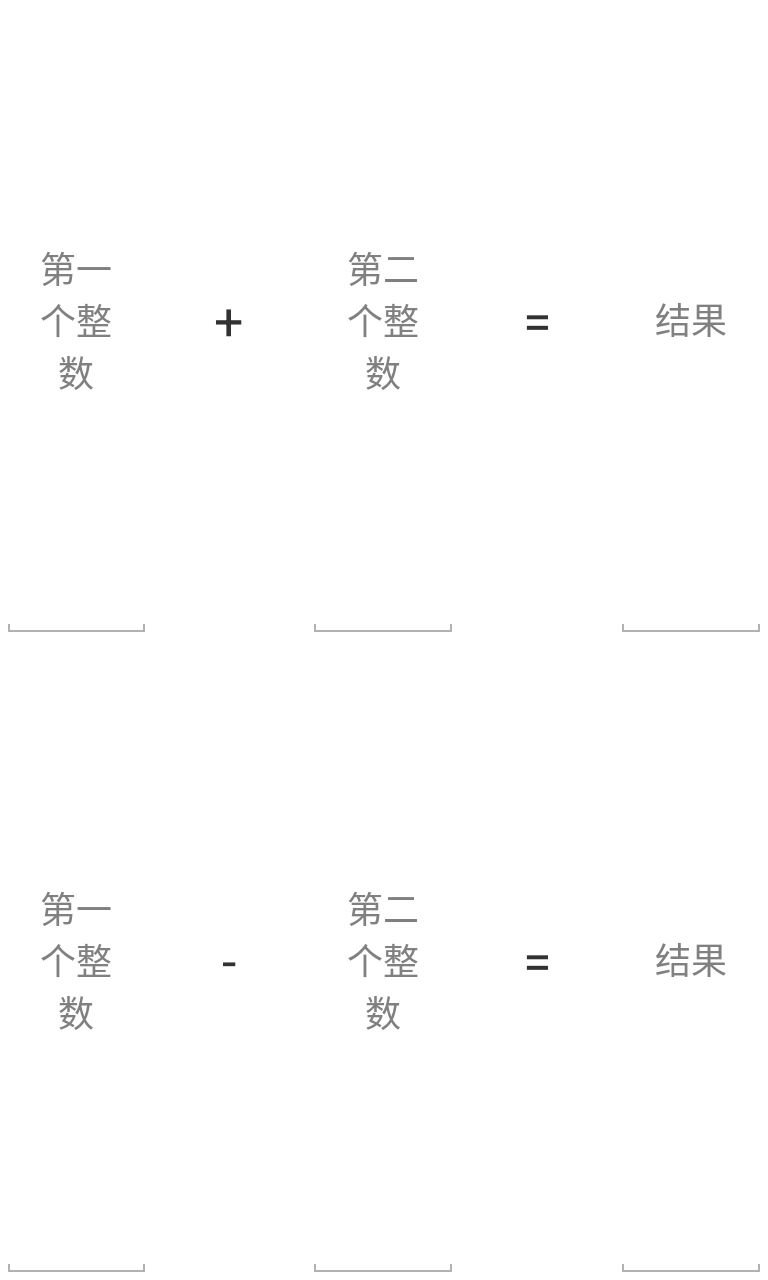
Repository: ouyangshengduo/Android_NDK_First
Layout: Android_NDK_Demo001/res/layout/activity_main.xml
An editor plug-in stored every save of this project. The layout is shown before and after the next save, followed by the edit.
It is drawn on a 768 x 1280 px phone screen (xhdpi) without system bars, with theme AppTheme; the app's code is not run.

Above is the layout before, as saved 2016-06-10 04:18:16.

### Android_NDK_Demo001/res/layout/activity_main.xml
<LinearLayout xmlns:android="http://schemas.android.com/apk/res/android"
    xmlns:tools="http://schemas.android.com/tools"
    android:layout_width="fill_parent"
    android:layout_height="fill_parent"
    android:orientation="vertical">

    <LinearLayout
        android:layout_height="0dp"
        android:layout_width="fill_parent"
        android:layout_weight="1"
        android:orientation="horizontal">

        <EditText
            android:id="@+id/etAdd_A"
            android:layout_width="0dp"
            android:layout_height="fill_parent"
            android:layout_weight="1"
            android:hint="第一个整数"
            android:gravity="center"
            />
        <TextView
            android:layout_height="fill_parent"
            android:layout_width="0dp"
            android:layout_weight="1"
            android:layout_gravity="center"
            android:gravity="center"
            android:text="+"
            android:textSize="26sp"/>

        <EditText
            android:id="@+id/etAdd_B"
            android:layout_width="0dp"
            android:layout_height="fill_parent"
            android:layout_weight="1"
            android:hint="第二个整数"
            android:gravity="center"
            />
        <TextView
            android:layout_height="fill_parent"
            android:layout_width="0dp"
            android:layout_weight="1"
            android:gravity="center"
            android:text="="
            android:textSize="26sp"/>

        <EditText
            android:id="@+id/etAddResult"
            android:layout_width="0dp"
            android:layout_height="fill_parent"
            android:layout_weight="1"
            android:hint="结果"
            android:gravity="center"
            />
    </LinearLayout>

    <LinearLayout
        android:layout_height="0dp"
        android:layout_width="fill_parent"
        android:layout_weight="1"
        android:orientation="horizontal">

        <EditText
            android:id="@+id/etSub_A"
            android:layout_width="0dp"
            android:layout_height="fill_parent"
            android:layout_weight="1"
            android:hint="第一个整数"
            android:gravity="center"
            />
        <TextView
            android:layout_height="fill_parent"
            android:layout_width="0dp"
            android:layout_weight="1"
            android:layout_gravity="center"
            android:gravity="center"
            android:text="-"
            android:textSize="26sp"/>

        <EditText
            android:id="@+id/etSub_B"
            android:layout_width="0dp"
            android:layout_height="fill_parent"
            android:layout_weight="1"
            android:hint="第二个整数"
            android:gravity="center"
            />
        <TextView
            android:layout_height="fill_parent"
            android:layout_width="0dp"
            android:layout_weight="1"
            android:gravity="center"
            android:text="="
            android:textSize="26sp"/>

        <EditText
            android:id="@+id/etSubResult"
            android:layout_width="0dp"
            android:layout_height="fill_parent"
            android:layout_weight="1"
            android:hint="结果"
            android:gravity="center"
            />
    </LinearLayout>

</LinearLayout>

Loaded but not shown: Android_NDK_Demo001/res/values/styles.xml (common file); Android_NDK_Demo001/res/values-v11/styles.xml (common file); Android_NDK_Demo001/res/values-v14/styles.xml (common file)

After the next save:
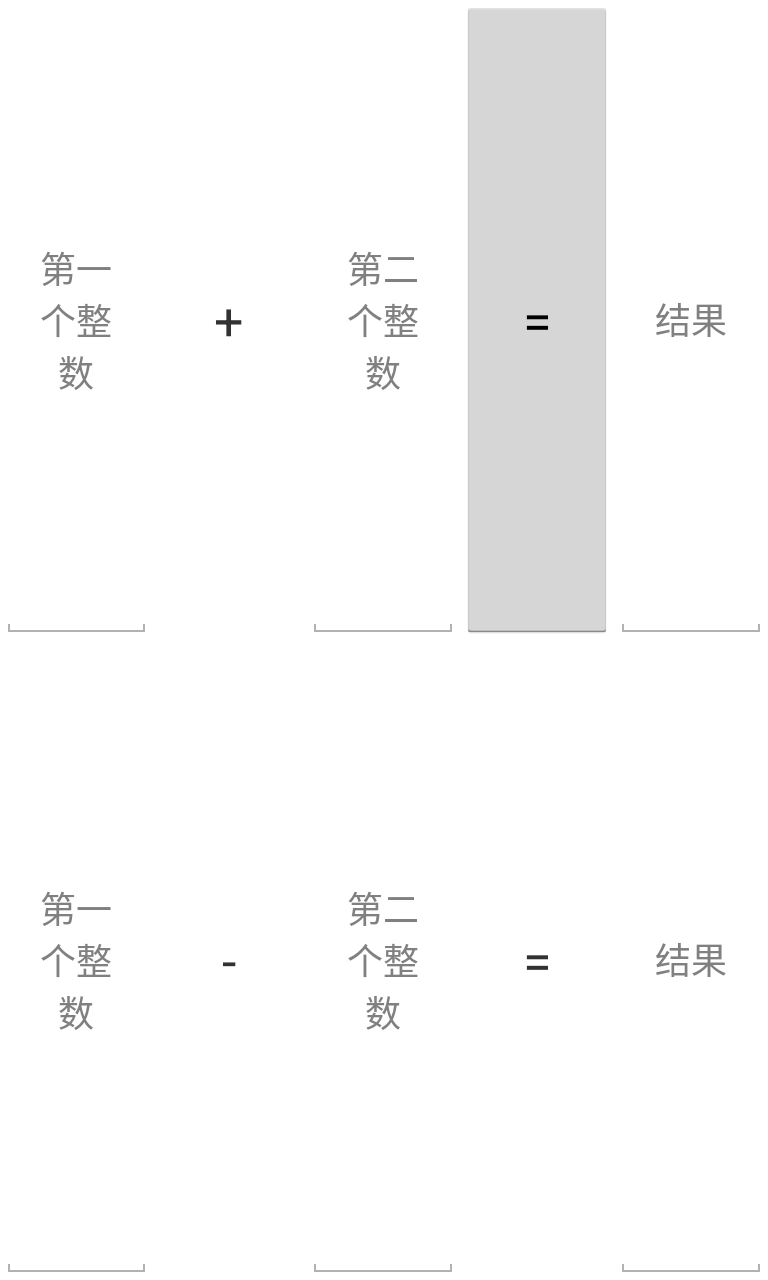
Saved 84 s later.
--- a/Android_NDK_Demo001/res/layout/activity_main.xml
+++ b/Android_NDK_Demo001/res/layout/activity_main.xml
@@ -35,7 +35,8 @@
             android:hint="第二个整数"
             android:gravity="center"
             />
-        <TextView
+        <Button
+            android:id="@+id/btn_Add"
             android:layout_height="fill_parent"
             android:layout_width="0dp"
             android:layout_weight="1"
